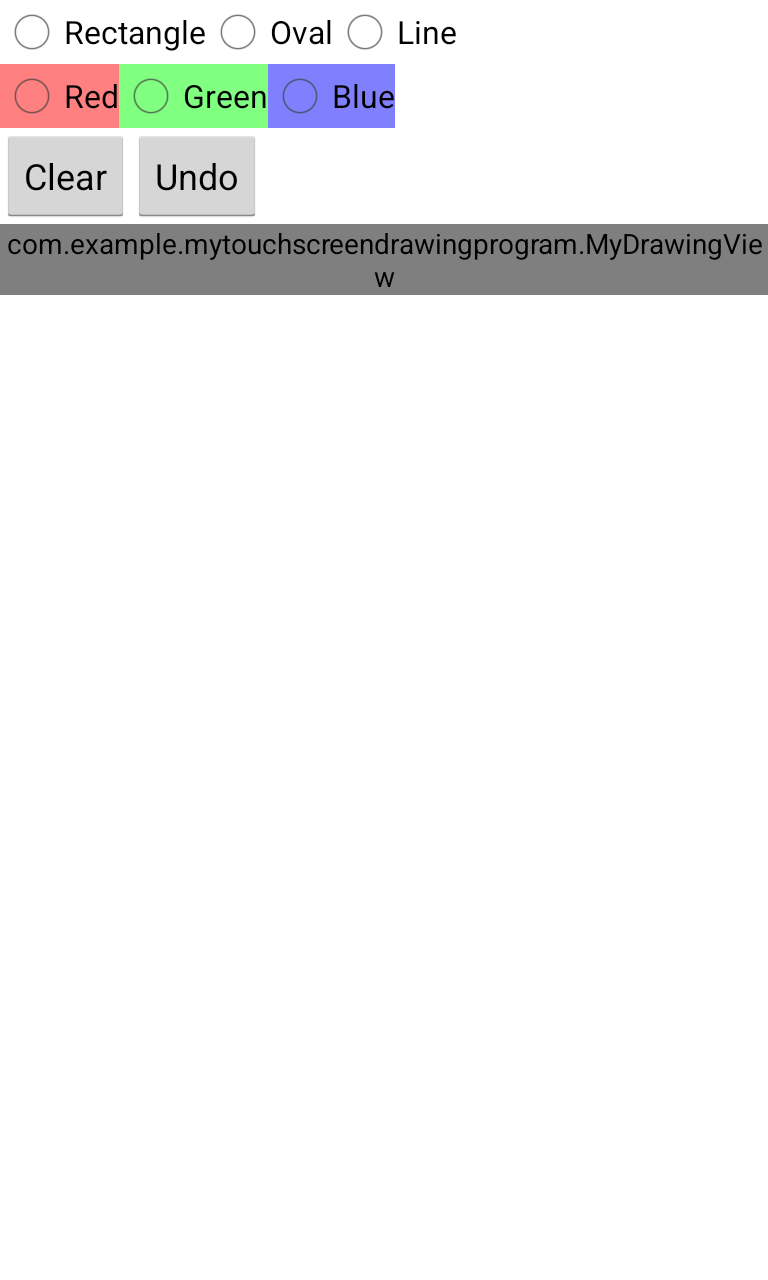
Repository: fusebox13/AndroidProjects
Layout: MyTouchScreenDrawingProgram/res/layout/drawing_manager.xml
These files come from the project's save history. The layout is drawn as it stood at one moment and after the next save; the edit follows.
Pictures or frames that could not be fetched are drawn as grey boxes. It is drawn on a 768 x 1280 px phone screen (xhdpi) without system bars, with theme AppTheme; the app's code is not run.

Above is the layout before, as saved 2014-03-12 18:24:06.

### MyTouchScreenDrawingProgram/res/layout/drawing_manager.xml
<?xml version="1.0" encoding="utf-8"?>
<LinearLayout xmlns:android="http://schemas.android.com/apk/res/android"
    android:orientation="vertical"
    android:layout_width="match_parent"
    android:layout_height="match_parent" >

    <RadioGroup
      android:layout_width="fill_parent"
      android:layout_height="wrap_content"
      android:orientation="horizontal">
      <RadioButton android:id="@+id/rectangle"
          android:layout_width="wrap_content"
          android:layout_height="wrap_content"
          android:text="Rectangle" />
      <RadioButton android:id="@+id/oval"
          android:layout_width="wrap_content"
          android:layout_height="wrap_content"
          android:text="Oval" />
      <RadioButton android:id="@+id/line"
          android:layout_width="wrap_content"
          android:layout_height="wrap_content"
          android:text="Line" />
    </RadioGroup>



        <RadioGroup
          android:layout_width="wrap_content"
          android:layout_height="wrap_content"
          android:orientation="horizontal">
          <RadioButton android:id="@+id/red"
              android:layout_width="wrap_content"
              android:layout_height="wrap_content"
              android:background="#ff8080"
              android:text="Red" />
          <RadioButton android:id="@+id/green"
              android:layout_width="wrap_content"
              android:layout_height="wrap_content"
              android:background="#80ff80"
              android:text="Green" />
          <RadioButton android:id="@+id/blue"
              android:layout_width="wrap_content"
              android:layout_height="wrap_content"
              android:background="#8080ff"
              android:text="Blue" />
        </RadioGroup>
        <LinearLayout
            android:orientation="horizontal"
            android:layout_width="match_parent"
            android:layout_height="wrap_content" >

            <Button
              android:id="@+id/clear"
              android:layout_width="wrap_content"
              android:layout_height="wrap_content"
              android:text="Clear" />

            <Button
              android:id="@+id/undo"
              android:layout_width="wrap_content"
              android:layout_height="wrap_content"
              android:text="Undo" />
         </LinearLayout>


   <com.example.mytouchscreendrawingprogram.MyDrawingView
      android:id="@+id/myDraw1"
      android:layout_width="match_parent"
      android:layout_height="wrap_content"
  />
</LinearLayout>

Loaded but not shown: MyTouchScreenDrawingProgram/res/values/styles.xml (common file); MyTouchScreenDrawingProgram/res/values-v11/styles.xml (common file); MyTouchScreenDrawingProgram/res/values-v14/styles.xml (common file)

After the next save:
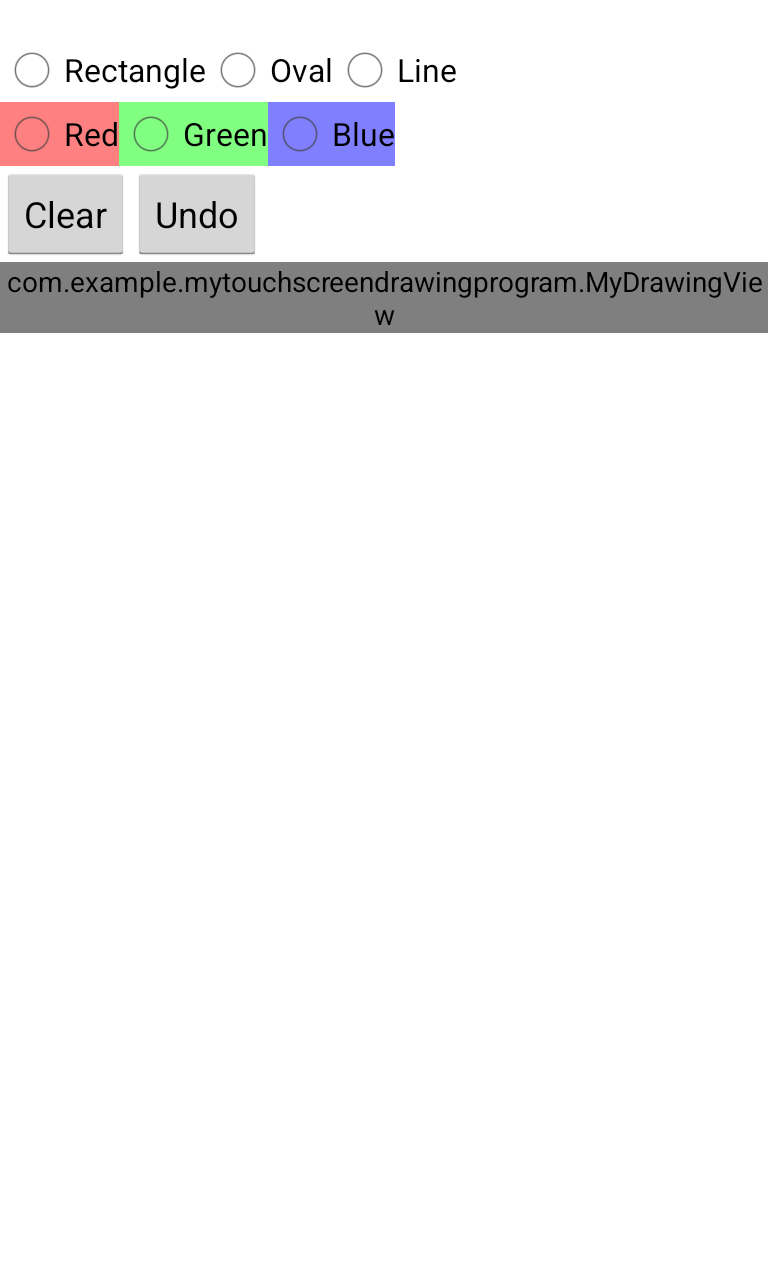
Saved 6 s later.
--- a/MyTouchScreenDrawingProgram/res/layout/drawing_manager.xml
+++ b/MyTouchScreenDrawingProgram/res/layout/drawing_manager.xml
@@ -3,6 +3,12 @@
     android:orientation="vertical"
     android:layout_width="match_parent"
     android:layout_height="match_parent" >
+
+    <TextView
+       android:id="@+id/file_name"
+       android:layout_width="match_parent"
+       android:layout_height="wrap_content"
+       android:text="" />
 
     <RadioGroup
       android:layout_width="fill_parent"
